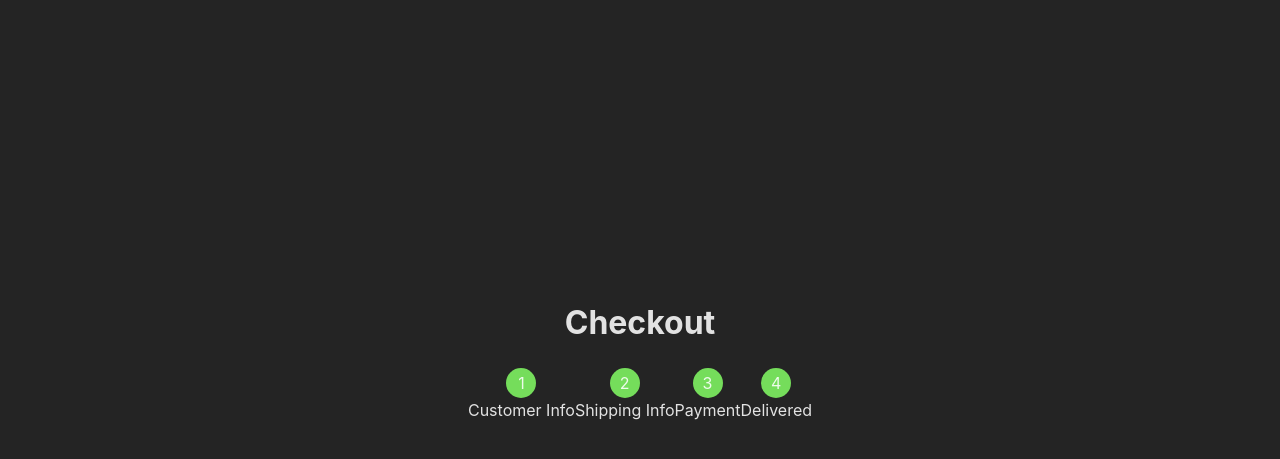
Repository: s-babaeizadeh/stepper-react
Page: /
An editor plug-in stored every save of this project. The page is shown before and after the next save, followed by the edit.
The browser window is 1280 px wide. The pictures show the whole page.
The project was rebuilt for these pictures with package versions that can differ from the ones it lists, and the page was loaded fresh each time. Also part of the build but not shown: vite.config.js.

Above is the page before, as saved 2024-08-04 15:35:46.

### src/App.jsx
import { Component, useState } from "react";

import "./App.css";
import CheckoutSteeper from "./components/CheckoutSteeper";

const CHECKOUT_STEPS = [
  {
    name: "Customer Info",
    Component: () => <div>Provide your contact details</div>,
  },
  {
    name: "Shipping Info",
    Component: () => <div>Enter you shipping address</div>,
  },
  {
    name: "Payment",
    Component: () => <div>Complete payment for your order</div>,
  },
  {
    name: "Delivered",
    Component: () => <div>Your order has been delivered</div>,
  },
];

function App() {
  return (
    <>
      <h1>Checkout</h1>
      <CheckoutSteeper stepsConfig={CHECKOUT_STEPS} />
    </>
  );
}

export default App;

### src/index.css
:root {
  font-family: Inter, system-ui, Avenir, Helvetica, Arial, sans-serif;
  line-height: 1.5;
  font-weight: 400;

  color-scheme: light dark;
  color: rgba(255, 255, 255, 0.87);
  background-color: #242424;

  font-synthesis: none;
  text-rendering: optimizeLegibility;
  -webkit-font-smoothing: antialiased;
  -moz-osx-font-smoothing: grayscale;
}

body {
  margin: 0;
  display: flex;
  place-items: center;
  min-width: 320px;
  min-height: 100vh;
}

.stepper {
  position: relative;
  display: flex;
  align-items: center;
  justify-content: space-between;
  margin-bottom: 20px;
}

.step {
  display: flex;
  flex-direction: column;
  align-items: center;
  position: relative;
}

.step-number {
  width: 30px;
  height: 30px;
  border-radius: 50%;
  background-color: #75dd5b;
  display: flex;
  justify-content: center;
  align-items: center;
  z-index: 2;
}

### src/components/CheckoutSteeper.jsx
import React from "react";

const CheckoutSteeper = ({ stepsConfig = [] }) => {
  if (!stepsConfig.length) {
    return <></>;
  }

  return (
    <div className="stepper">
      {stepsConfig.map((step, index) => {
        return (
          <div key={step.name} className="step">
            <div className="step-number">{index + 1}</div>
            <div className="step-name">{step.name}</div>
          </div>
        );
      })}
    </div>
  );
};

export default CheckoutSteeper;

Loaded but not shown: index.html (common file); src/main.jsx (common file); src/App.css (common file)

After the next save:
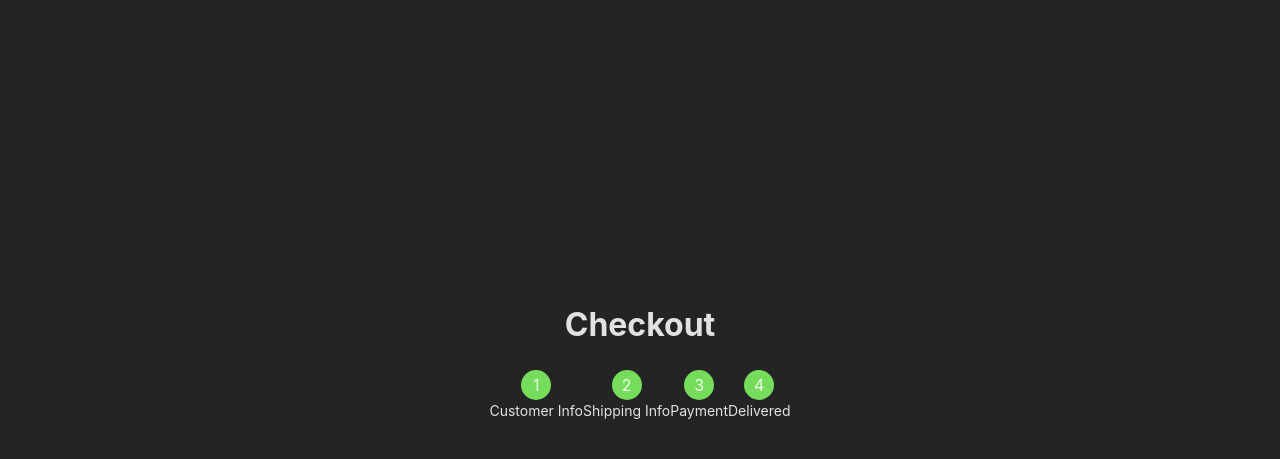
Saved 91 s later.
--- a/src/index.css
+++ b/src/index.css
@@ -46,3 +46,7 @@ body {
   align-items: center;
   z-index: 2;
 }
+
+.step-name {
+  font-size: 14px;
+}
